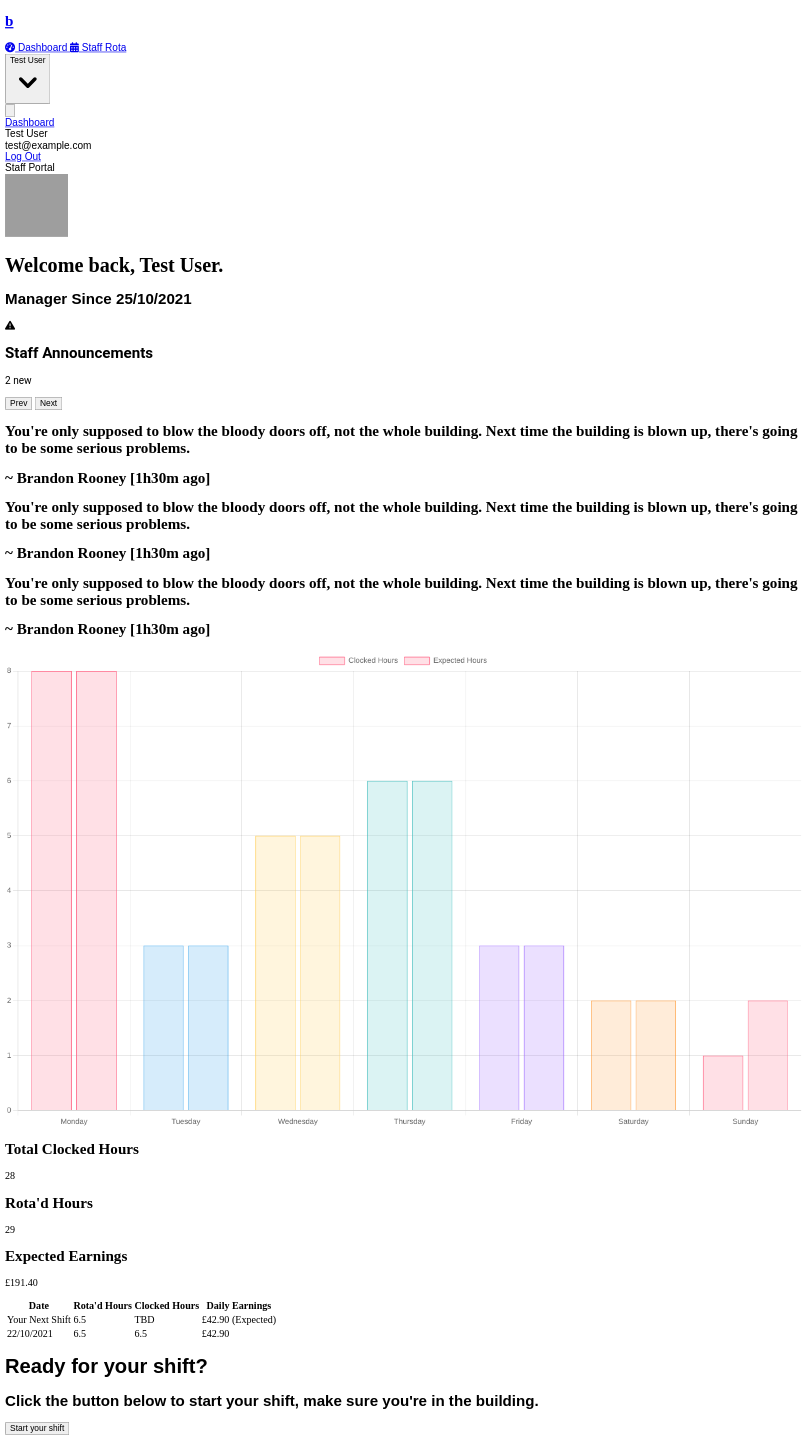
Repository: SimplyBrandon/blue-lounge
Page: http://localhost/dashboard
The author's editor kept a copy of each file at every save. The page is drawn from the files as they stood at one save, then again after the next save.
The browser window is 1280 px wide. The pictures show the whole page, at 63% of full size.
Pictures or frames that could not be fetched are drawn as grey boxes. Some web libraries are served in a nearby version. The page is served by the project's Laravel application, run on PHP 8.4 with Laravel 8. A made-up administrator, Test User (test@example.com), is signed in. Other server files are loaded and not shown.

Above is the page before, as saved 2021-10-25 21:26:19.

### routes/web.php
<?php

use Illuminate\Support\Facades\Route;

/*
|--------------------------------------------------------------------------
| Web Routes
|--------------------------------------------------------------------------
|
| Here is where you can register web routes for your application. These
| routes are loaded by the RouteServiceProvider within a group which
| contains the "web" middleware group. Now create something great!
|
*/

Route::get('/', function () {
    return view('welcome');
})->name('welcome');

Route::get('/dashboard', function () {
    return view('dashboard');
})->middleware(['auth'])->name('dashboard');

Route::get('/rota', function(){
    return view('staff.rota');
})->middleware(['auth'])->name('rota');

require __DIR__.'/auth.php';

### resources/views/dashboard.blade.php
@extends('layouts.app')

@section('content')
    <div class="flex flex-col max-w-7xl mx-auto px-4 pt-12 sm:px-6 lg:px-8">
        <div class="flex items-center">
            <img style="height: 100px; width: 100px" class="rounded-full" src="https://scontent-lcy1-2.xx.fbcdn.net/v/t1.6435-9/84535118_2234335966869824_9114908075222892544_n.jpg?_nc_cat=109&ccb=1-5&_nc_sid=174925&_nc_ohc=PrEuIakgkSUAX-vH-My&_nc_oc=AQl756Ga_89dfl1ea04bhESo-M_UvA54eUZ44fY09oV9l0hgbeK2ZOpLk8ZycNZk9_Q&_nc_ht=scontent-lcy1-2.xx&oh=06b37e2e49cc5251256a60e1cdaee3e6&oe=619D74C0"/>
            <div class="flex flex-col ml-10">
                <h1 class="text-3xl text-white">Welcome back, <strong>{{ Auth::user()->name }}</strong>.</h1>
                <h2 class="text-red-400 text-xl mt-1 tracking-wider" style="font-family: 'Quicksand', sans-serif">Manager <span class="ml-3 text-sm text-gray-300">Since 25/10/2021</span></h2>
            </div>
        </div>

    </div>
    <div class="flex items-start max-w-7xl mx-auto mt-10 px-4 sm:px-6 lg:px-8">
        <div class="flex flex-col flex-grow mr-10">
            <div class="flex flex-col bg-black bg-opacity-30 rounded-md mb-8 shadow-md">
                <div class="flex items-center w-full px-6 py-4 text-white text-sm font-semibold uppercase tracking-wider" style="font-family: 'Roboto', sans-serif">
                    <div class="flex items-center">
                        <i class="fa fa-exclamation-triangle mr-3"></i>
                        <h2>Staff Announcements</h2>
                    </div>
                    <div class="flex items-center ml-auto">
                        <p class="bg-red-400 text-white px-4 py-1 text-xs rounded-md mr-5">2 new</p>
                        <button type="button" id="prev-announcement" class="mr-3 uppercase font-semibold" prev-announcement>Prev</button>
                        <button type="button" id="next-announcement" class="uppercase font-semibold text-gray-500">Next</button>
                    </div>
                </div>
                <div class="flex flex-nowrap overflow-x-auto no-scrollbar" id="staff-announcements">
                    <div class="flex flex-col bg-white bg-opacity-5 rounded-b-md w-full flex-shrink-0">
                        <h2 class="text-white px-6 py-3">You're only supposed to blow the bloody doors off, not the whole building. Next time the building is blown up, there's going to be some serious problems.</h2>
                        <h2 class="text-gray-300 italic font-semibold px-6 pb-3">~ Brandon Rooney <span class="text-xs text-gray-50">[1h30m ago]</span></h2>
                    </div>
                    <div class="flex flex-col bg-white bg-opacity-5 rounded-b-md w-full flex-shrink-0">
                        <h2 class="text-white px-6 py-3">You're only supposed to blow the bloody doors off, not the whole building. Next time the building is blown up, there's going to be some serious problems.</h2>
                        <h2 class="text-gray-300 italic font-semibold px-6 pb-3">~ Brandon Rooney <span class="text-xs text-gray-50">[1h30m ago]</span></h2>
                    </div>
                    <div class="flex flex-col bg-white bg-opacity-5 rounded-b-md w-full flex-shrink-0">
                        <h2 class="text-white px-6 py-3">You're only supposed to blow the bloody doors off, not the whole building. Next time the building is blown up, there's going to be some serious problems.</h2>
                        <h2 class="text-gray-300 italic font-semibold px-6 pb-3">~ Brandon Rooney <span class="text-xs text-gray-50">[1h30m ago]</span></h2>
                    </div>
                </div>
            </div>

            <div class="flex flex-col w-full bg-white bg-opacity-5 rounded-md shadow-md p-10">
                <canvas id="myChart" width="400" height="240"></canvas>
                <div class="flex items-center mt-8 pb-4 border-b-2 border-white border-opacity-5">
                    <div class="flex flex-col w-1/3">
                        <h2 class="text-gray-300 text-sm">Total Clocked Hours</h2>
                        <p class="text-white font-bold text-3xl">28</p>
                    </div>
                    <div class="flex flex-col w-1/3 text-center">
                        <h2 class="text-gray-300 text-sm">Rota'd Hours</h2>
                        <p class="text-white font-bold text-3xl">29</p>
                    </div>
                    <div class="flex flex-col w-1/3 text-right">
                        <h2 class="text-gray-300 text-sm">Expected Earnings</h2>
                        <p class="text-white font-bold text-3xl">£191.40</p>
                    </div>
                </div>
                <div class="flex flex-col w-full">
                    <table class="w-full">
                        <thead class="border-b-2 border-opacity-5 border-white">
                            <tr>
                                <th class="text-left text-white py-3">Date</th>
                                <th class="text-left text-white py-3">Rota'd Hours</th>
                                <th class="text-right text-white py-3">Clocked Hours</th>
                                <th class="text-white py-3 text-right">Daily Earnings</th>
                            </tr>
                        </thead>
                        <tbody>
                            <tr class="font-semibold">
                                <td class="text-left text-white py-3 uppercase text-sm">Your Next Shift</td>
                                <td class="text-left text-white py-3">6.5</td>
                                <td class="text-right text-white py-3">TBD</td>
                                <td class="text-right text-white py-3">£42.90 (Expected)</td>
                            </tr>
                            <tr>
                                <td class="text-left text-gray-400 py-3">22/10/2021</td>
                                <td class="text-left text-gray-400 py-3">6.5</td>
                                <td class="text-right text-gray-400 py-3">6.5</td>
                                <td class="text-right text-gray-400 py-3">£42.90</td>
                            </tr>
                        </tbody>
                    </table>
                </div>
            </div>
        </div>
        <div class="flex flex-col" style="min-width: 340px;">
            <div class="flex flex-col bg-blue-400 rounded-md bg-opacity-20 justify-center p-10" style="font-family: 'Quicksand', sans-serif">
                <h1 class="font-semibold text-2xl text-white tracking-wider" style="font-family: 'Bebas Neue', sans-serif">Ready for your shift?</h1>
                <h2 class="text-gray-300 text-justify text-sm mt-2">Click the button below to start your shift, make sure you're in the building.</h2>

                <button type="button" class="bg-blue-400 hover:bg-blue-500 w-full mt-10 py-3 text-white text-sm uppercase font-semibold tracking-wide rounded-md shadow-md transition ease duration-200">Start your shift</button>
            </div>
        </div>
    </div>

    <script>
        $(document).ready(function(){
            let staffAnnouncements = $('#staff-announcements');
            staffAnnouncements.animate({
                scrollLeft: staffAnnouncements.get(0).scrollWidth
            }, 0);

            $('#next-announcement:not(.disabled)').on('click', function(){
                var leftPos = staffAnnouncements.scrollLeft();
                var announcementWidth = staffAnnouncements.find('.bg-white').width();

                let newPos = leftPos + announcementWidth;

                staffAnnouncements.stop().animate({
                    scrollLeft: newPos + 'px'
                }, 100);

                if(leftPos + announcementWidth > 0){
                    $('#prev-announcement').removeClass('disabled text-gray-500');
                }

                if(newPos + announcementWidth >= staffAnnouncements.get(0).scrollWidth){
                    $(this).addClass('disabled text-gray-500');
                }
            });

            $('#prev-announcement:not(.disabled)').on('click', function(){
                var leftPos = staffAnnouncements.scrollLeft();
                var announcementWidth = staffAnnouncements.find('.bg-white').width();

                let newPos = leftPos - announcementWidth;

                staffAnnouncements.stop().animate({
                    scrollLeft: newPos + 'px'
                }, 100);

                if(leftPos < staffAnnouncements.get(0).scrollWidth){
                    $('#next-announcement').removeClass('disabled text-gray-500');
                }

                if(leftPos - announcementWidth <= 0){
                    $(this).addClass('disabled text-gray-500');
                }
            });
        });


        var ctx = document.getElementById('myChart').getContext('2d');
        var myChart = new Chart(ctx, {
            type: 'bar',
            data: {
                labels: ['Monday', 'Tuesday', 'Wednesday', 'Thursday', 'Friday', 'Saturday', 'Sunday'],
                datasets: [{
                    label: 'Clocked Hours',
                    data: [8, 3, 5, 6, 3, 2, 1],
                    backgroundColor: [
                        'rgba(255, 99, 132, 0.2)',
                        'rgba(54, 162, 235, 0.2)',
                        'rgba(255, 206, 86, 0.2)',
                        'rgba(75, 192, 192, 0.2)',
                        'rgba(153, 102, 255, 0.2)',
                        'rgba(255, 159, 64, 0.2)'
                    ],
                    borderColor: [
                        'rgba(255, 99, 132, 1)',
                        'rgba(54, 162, 235, 1)',
                        'rgba(255, 206, 86, 1)',
                        'rgba(75, 192, 192, 1)',
                        'rgba(153, 102, 255, 1)',
                        'rgba(255, 159, 64, 1)'
                    ],
                    borderWidth: 1
                }, {
                    label: 'Expected Hours',
                    data: [8, 3, 5, 6, 3, 2, 2],
                    backgroundColor: [
                        'rgba(255, 99, 132, 0.2)',
                        'rgba(54, 162, 235, 0.2)',
                        'rgba(255, 206, 86, 0.2)',
                        'rgba(75, 192, 192, 0.2)',
                        'rgba(153, 102, 255, 0.2)',
                        'rgba(255, 159, 64, 0.2)'
                    ],
                    borderColor: [
                        'rgba(255, 99, 132, 1)',
                        'rgba(54, 162, 235, 1)',
                        'rgba(255, 206, 86, 1)',
                        'rgba(75, 192, 192, 1)',
                        'rgba(153, 102, 255, 1)',
                        'rgba(255, 159, 64, 1)'
                    ],
                    borderWidth: 1
                }]
            },
            options: {
                scales: {
                    y: {
                        beginAtZero: true
                    }
                }
            }
        });
    </script>
@endsection

### resources/views/layouts/app.blade.php
<!DOCTYPE html>
<html lang="{{ str_replace('_', '-', app()->getLocale()) }}">
    <head>
        <meta charset="utf-8">
        <meta name="viewport" content="width=device-width, initial-scale=1">
        <meta name="csrf-token" content="{{ csrf_token() }}">

        <title>{{ config('app.name', 'Laravel') }}</title>

        <!-- Fonts -->
        <link rel="stylesheet" href="https://fonts.googleapis.com/css2?family=Nunito:wght@400;600;700&display=swap">

        <!-- Styles -->
        <link rel="stylesheet" href="{{ asset('css/app.css') }}">
        @yield('styles')

        <!-- Scripts -->
        <script src="https://code.jquery.com/jquery-3.6.0.min.js" integrity="sha256-/xUj+3OJU5yExlq6GSYGSHk7tPXikynS7ogEvDej/m4=" crossorigin="anonymous"></script>
        <script src="{{ asset('js/app.js') }}" defer></script>
        <script type="text/javascript" src="https://cdn.jsdelivr.net/npm/chart.js@3.5.1/dist/chart.min.js"></script>
    </head>
    <body class="font-sans antialiased">
        <div class="min-h-screen bg-gray-900">
            @include('layouts.navigation')

            <!-- Page Heading -->
            <header class="pt-14 bg-gray-800 shadow">
                <div class="max-w-7xl mx-auto py-6 px-4 sm:px-6 lg:px-8 tracking-wide text-white text-2xl font-semibold" style="font-family: 'Quicksand', sans-serif">
                    @if(request()->routeIs('rota'))
                        {{ __('Staff Rota') }}
                    @elseif(request()->routeIs('dashboard'))
                        {{ __('Staff Portal') }}
                    @endif
                </div>
            </header>

            <!-- Page Content -->
            <main>
                @yield('content')
            </main>
        </div>

        <script type="text/javascript" src="{{ asset('js/parallax.min.js') }}"></script>
        <script src="https://kit.fontawesome.com/69ebd03f48.js" crossorigin="anonymous"></script>
        @yield('scripts')
    </body>
</html>

### resources/views/layouts/navigation.blade.php
<nav x-data="{ open: false }" class="bg-gray-800 border-b border-gray-900 fixed w-full" style="font-family: 'Quicksand', sans-serif">
    <!-- Primary Navigation Menu -->
    <div class="max-w-7xl mx-auto px-4 sm:px-6 lg:px-8">
        <div class="flex justify-between h-16">
            <div class="flex">
                <!-- Logo -->
                <div class="flex-shrink-0 flex items-center">
                    <a href="{{ route('dashboard') }}">
                        <h2 class="font-semibold text-blue-400 text-4xl" style="font-family: 'Righteous', cursive">b</h2>
                    </a>
                </div>

                <!-- Navigation Links -->
                <div class="hidden space-x-8 sm:-my-px sm:ml-10 sm:flex">
                    <x-nav-link :href="route('dashboard')" :active="request()->routeIs('dashboard')">
                        <i class="fa fa-tachometer mr-3"></i> {{ __('Dashboard') }}
                    </x-nav-link>
                    <x-nav-link :href="route('rota')" :active="request()->routeIs('rota')">
                        <i class="fa fa-calendar mr-3"></i> {{ __('Staff Rota') }}
                    </x-nav-link>
                </div>
            </div>

            <!-- Settings Dropdown -->
            <div class="hidden sm:flex sm:items-center sm:ml-6">
                <x-dropdown align="right" width="48">
                    <x-slot name="trigger">
                        <button class="flex items-center text-sm font-medium text-white hover:text-blue-400 hover:border-gray-300 focus:outline-none focus:text-blue-300 focus:border-gray-300 transition duration-150 ease-in-out">
                            <div>{{ Auth::user()->name }}</div>

                            <div class="ml-1">
                                <svg class="fill-current h-4 w-4" xmlns="http://www.w3.org/2000/svg" viewBox="0 0 20 20">
                                    <path fill-rule="evenodd" d="M5.293 7.293a1 1 0 011.414 0L10 10.586l3.293-3.293a1 1 0 111.414 1.414l-4 4a1 1 0 01-1.414 0l-4-4a1 1 0 010-1.414z" clip-rule="evenodd" />
                                </svg>
                            </div>
                        </button>
                    </x-slot>

                    <x-slot name="content">
                        <x-dropdown-link :href="route('welcome')">{{ __('Account Settings') }}</x-dropdown-link>
                        <div class="w-full h-px bg-gray-800"></div>
                        <form method="POST" action="{{ route('logout') }}">@csrf
                            <x-dropdown-link :href="route('logout')" onclick="event.preventDefault(); this.closest('form').submit();">
                                {{ __('Log Out') }}
                            </x-dropdown-link>
                        </form>
                    </x-slot>
                </x-dropdown>
            </div>

            <!-- Hamburger -->
            <div class="-mr-2 flex items-center sm:hidden">
                <button @click="open = ! open" class="inline-flex items-center justify-center p-2 rounded-md text-gray-400 hover:text-gray-500 hover:bg-gray-100 focus:outline-none focus:bg-gray-100 focus:text-gray-500 transition duration-150 ease-in-out">
                    <svg class="h-6 w-6" stroke="currentColor" fill="none" viewBox="0 0 24 24">
                        <path :class="{'hidden': open, 'inline-flex': ! open }" class="inline-flex" stroke-linecap="round" stroke-linejoin="round" stroke-width="2" d="M4 6h16M4 12h16M4 18h16" />
                        <path :class="{'hidden': ! open, 'inline-flex': open }" class="hidden" stroke-linecap="round" stroke-linejoin="round" stroke-width="2" d="M6 18L18 6M6 6l12 12" />
                    </svg>
                </button>
            </div>
        </div>
    </div>

    <!-- Responsive Navigation Menu -->
    <div :class="{'block': open, 'hidden': ! open}" class="hidden sm:hidden">
        <div class="pt-2 pb-3 space-y-1">
            <x-responsive-nav-link :href="route('dashboard')" :active="request()->routeIs('dashboard')">
                {{ __('Dashboard') }}
            </x-responsive-nav-link>
        </div>

        <!-- Responsive Settings Options -->
        <div class="pt-4 pb-1 border-t border-gray-200">
            <div class="px-4">
                <div class="font-medium text-base text-gray-800">{{ Auth::user()->name }}</div>
                <div class="font-medium text-sm text-gray-500">{{ Auth::user()->email }}</div>
            </div>

            <div class="mt-3 space-y-1">
                <!-- Authentication -->
                <form method="POST" action="{{ route('logout') }}">
                    @csrf

                    <x-responsive-nav-link :href="route('logout')"
                            onclick="event.preventDefault();
                                        this.closest('form').submit();">
                        {{ __('Log Out') }}
                    </x-responsive-nav-link>
                </form>
            </div>
        </div>
    </div>
</nav>

### resources/views/components/nav-link.blade.php
@props(['active'])

@php $classes = ($active ?? false) ? 'inline-flex items-center px-1 pt-1 text-sm font-medium leading-5 text-white focus:outline-none transition duration-150 ease-in-out' : 'inline-flex items-center px-1 pt-1 text-sm font-medium leading-5 text-gray-400 focus:outline-none transition duration-150 ease-in-out hover:text-blue-500'; @endphp

<a {{ $attributes->merge(['class' => $classes]) }}>
    {{ $slot }}
</a>

### resources/views/components/dropdown-link.blade.php
<a {{ $attributes->merge(['class' => 'block px-4 py-2 text-sm leading-5 text-gray-500 focus:outline-none hover:text-blue-400 transition duration-150 ease-in-out']) }}>{{ $slot }}</a>

### resources/views/components/dropdown.blade.php
@props(['align' => 'right', 'width' => '48', 'contentClasses' => 'py-1 bg-white'])

@php
switch ($align) {
    case 'left':
        $alignmentClasses = 'origin-top-left left-0';
        break;
    case 'top':
        $alignmentClasses = 'origin-top';
        break;
    case 'right':
    default:
        $alignmentClasses = 'origin-top-right right-0';
        break;
}

switch ($width) {
    case '48':
        $width = 'w-48';
        break;
}
@endphp

<div class="relative shadow-md" x-data="{ open: false }" @click.away="open = false" @close.stop="open = false">
    <div @click="open = ! open">
        {{ $trigger }}
    </div>

    <div x-show="open"
            x-transition:enter="transition ease-out duration-200"
            x-transition:enter-start="transform opacity-0 scale-95"
            x-transition:enter-end="transform opacity-100 scale-100"
            x-transition:leave="transition ease-in duration-75"
            x-transition:leave-start="transform opacity-100 scale-100"
            x-transition:leave-end="transform opacity-0 scale-95"
            class="absolute z-50 mt-2 {{ $width }} rounded-md shadow-lg {{ $alignmentClasses }}"
            style="display: none;"
            @click="open = false">
        <div class="bg-gray-900 border-gray-800 rounded-md ring-1 {{ $contentClasses }}">
            {{ $content }}
        </div>
    </div>
</div>

Loaded but not shown: routes/auth.php (common file); app/Models/User.php (common file); resources/views/components/responsive-nav-link.blade.php (common file); public/js/parallax.min.js (library); public/js/app.js (library)

After the next save:
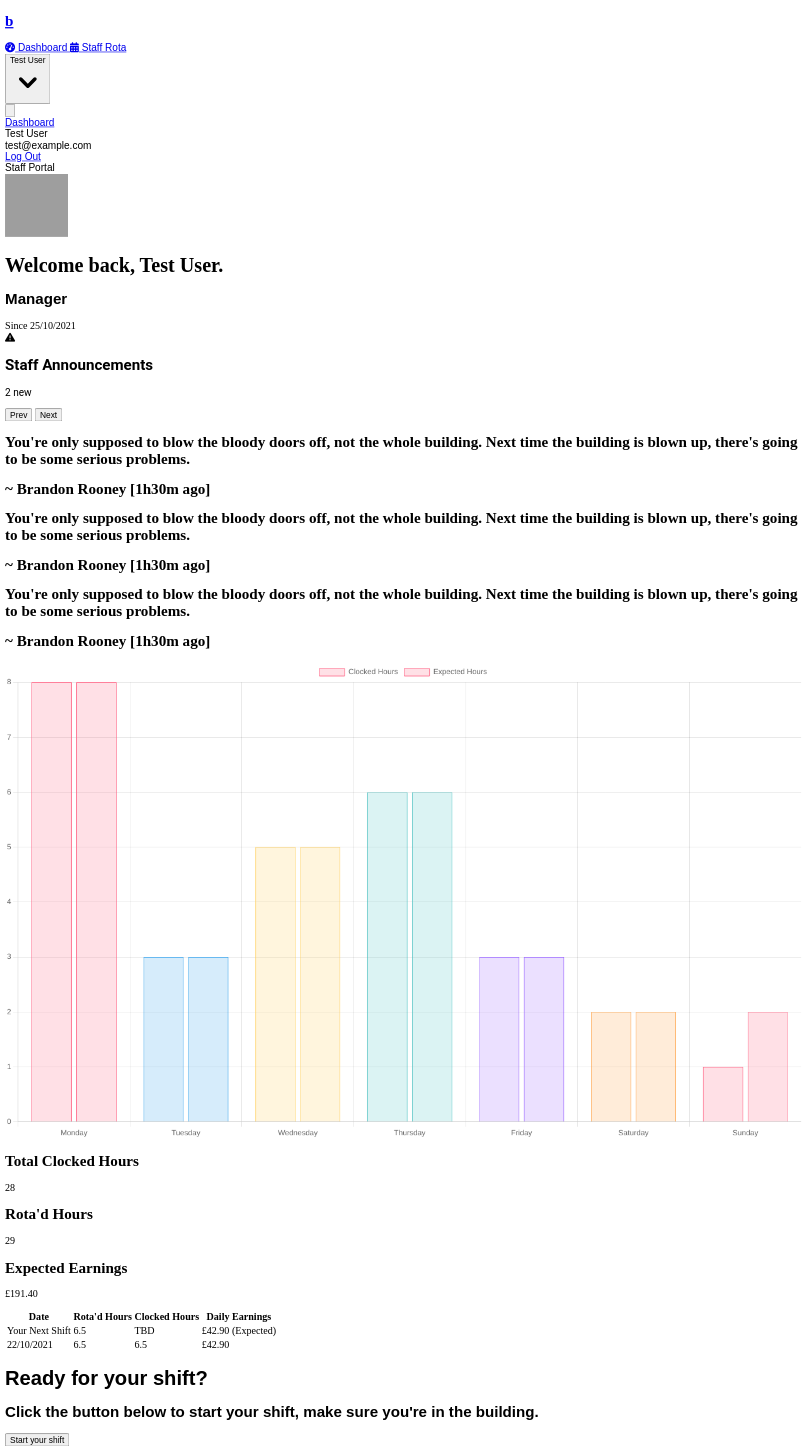
Saved 83 s later.
--- a/resources/views/dashboard.blade.php
+++ b/resources/views/dashboard.blade.php
@@ -6,7 +6,8 @@
             <img style="height: 100px; width: 100px" class="rounded-full" src="https://scontent-lcy1-2.xx.fbcdn.net/v/t1.6435-9/84535118_2234335966869824_9114908075222892544_n.jpg?_nc_cat=109&ccb=1-5&_nc_sid=174925&_nc_ohc=PrEuIakgkSUAX-vH-My&_nc_oc=AQl756Ga_89dfl1ea04bhESo-M_UvA54eUZ44fY09oV9l0hgbeK2ZOpLk8ZycNZk9_Q&_nc_ht=scontent-lcy1-2.xx&oh=06b37e2e49cc5251256a60e1cdaee3e6&oe=619D74C0"/>
             <div class="flex flex-col ml-10">
                 <h1 class="text-3xl text-white">Welcome back, <strong>{{ Auth::user()->name }}</strong>.</h1>
-                <h2 class="text-red-400 text-xl mt-1 tracking-wider" style="font-family: 'Quicksand', sans-serif">Manager <span class="ml-3 text-sm text-gray-300">Since 25/10/2021</span></h2>
+                <h2 class="text-red-400 text-xl mt-1 tracking-wider" style="font-family: 'Quicksand', sans-serif">Manager</h2>
+                <span class="ml-3 text-sm text-gray-300">Since 25/10/2021</span>
             </div>
         </div>
 
